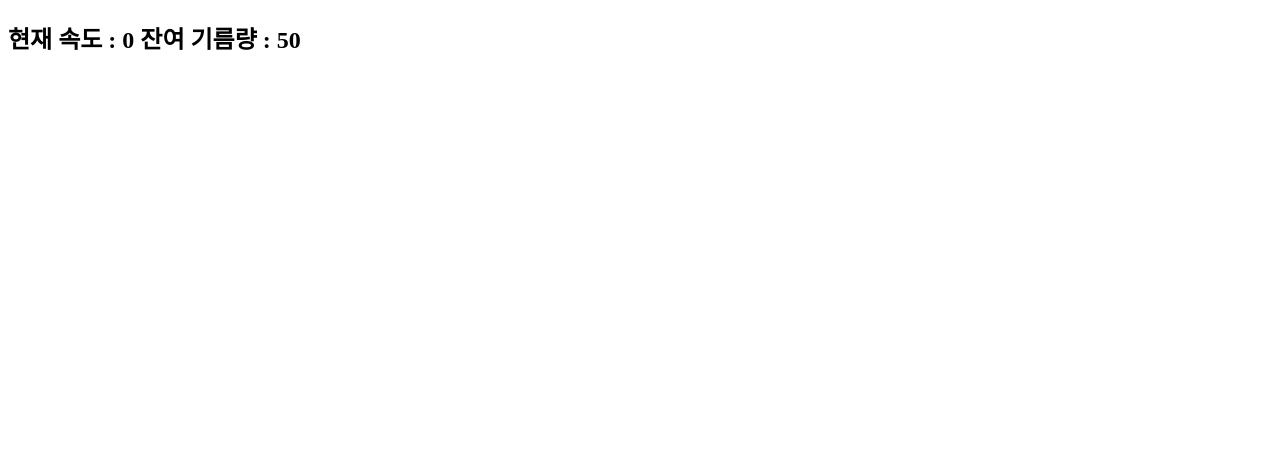
Repository: Dalso13/workspace
Page: workspace_web/chapter03_javascript/WebContent/06_객체/Ex07_객체문제.html
These files come from the project's save history. The page is drawn as it stood at one moment and after the next save; the edit follows.
The browser window is 1280 px wide. The pictures show the whole page.

Above is the page before, as saved 2023-05-11 06:35:22.
Console error: TypeError: car.speedUp is not a function

After the next save:
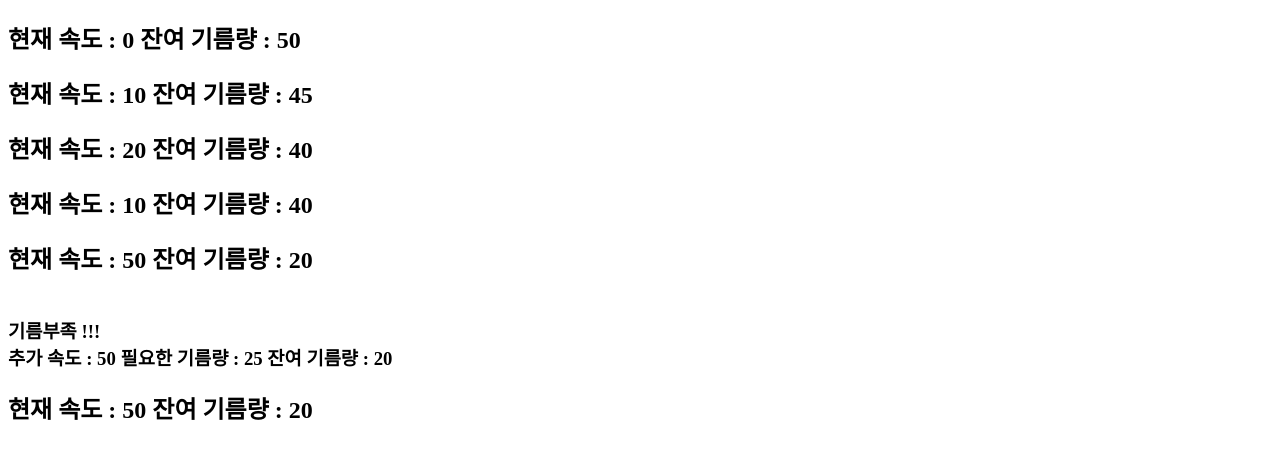
The error is gone.
Saved 12 s later.
--- a/workspace_web/chapter03_javascript/WebContent/06_객체/Ex07_객체문제.html
+++ b/workspace_web/chapter03_javascript/WebContent/06_객체/Ex07_객체문제.html
@@ -23,7 +23,7 @@
 	car.MAX_SPEED = 100;
 
 
-	function speedUp(speed) {
+	car.speedUp = function (speed) {
 			if (speed/2 > car.oil) {
 				document.write("<h3>" +"<br>기름부족 !!!<br>"
 					+ "추가 속도 : " + speed + " 필요한 기름량 : "+ speed/2
